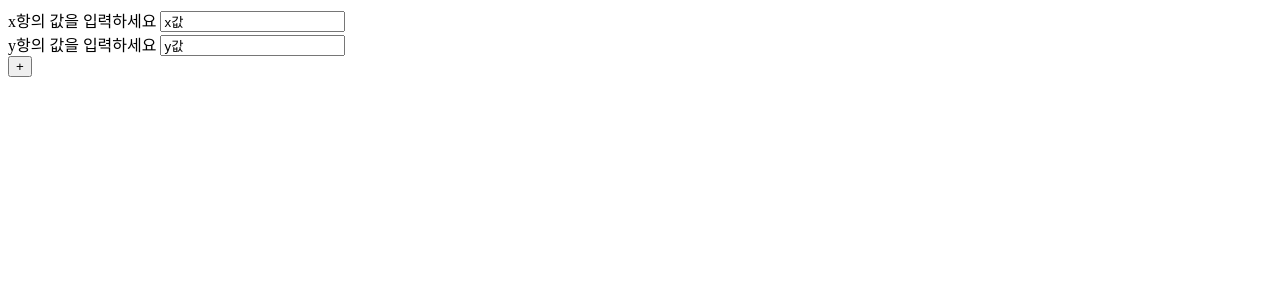
Repository: Hyun0000/JDBC_Jsp_Servelt_Newlec
Page: JSPProject/WebContent/add.html
The author's editor kept a copy of each file at every save. The page is drawn from the files as they stood at one save, then again after the next save.
The browser window is 1280 px wide. The pictures show the whole page.

Above is the page before, as saved 2021-08-30 15:48:49.

After the next save:
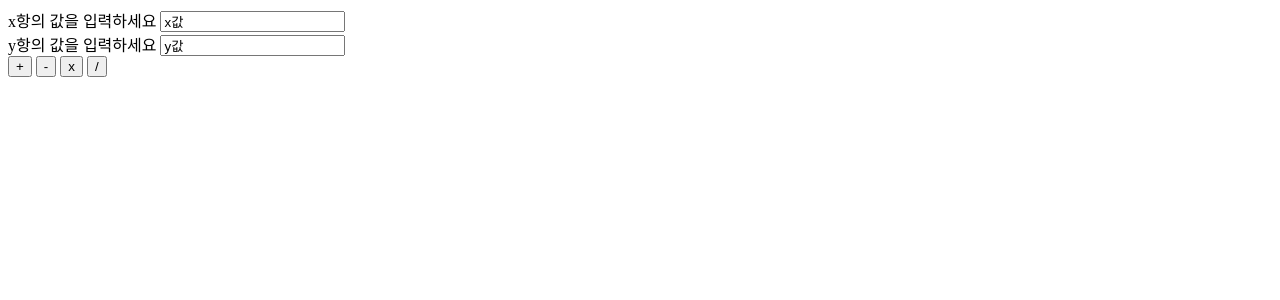
Saved 60 s later.
--- a/JSPProject/WebContent/add.html
+++ b/JSPProject/WebContent/add.html
@@ -21,6 +21,9 @@
 
 			<div>
 				<input type = "submit" name = "plus" value="+">
+				<input type = "submit" name = "minus" value="-">
+				<input type = "submit" name = "time" value="x">
+				<input type = "submit" name = "divede" value="/">
 			</div>
 		</form>
 	</div>
